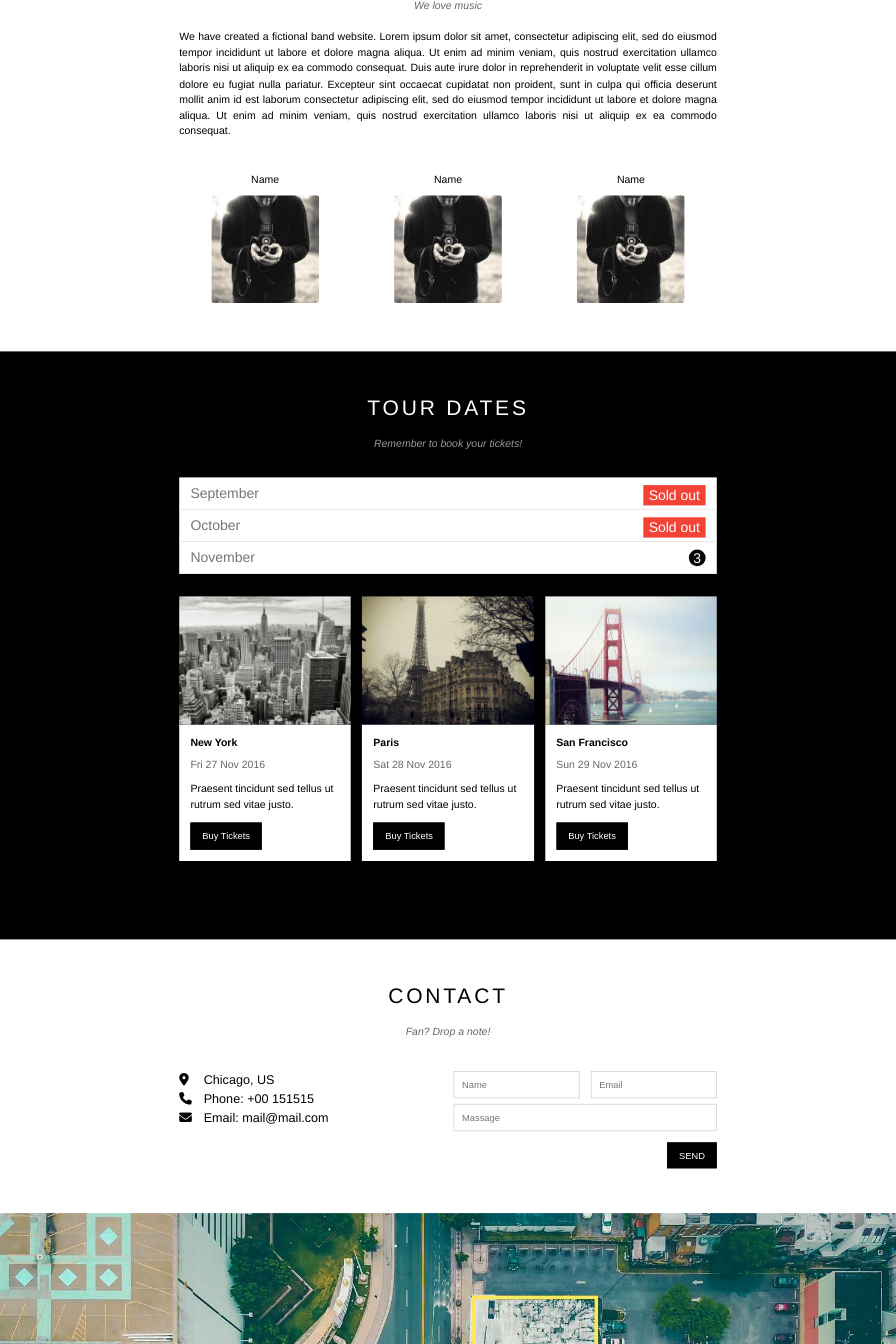
Repository: nugort/nugort.github.io
Page: learing/f8/the-band/index.html
An editor plug-in stored every save of this project. The page is shown before and after the next save, followed by the edit.
The browser window is 1280 px wide. The pictures show the part of the page from y = 810 to 2730 px (the page is 3501 px tall before and 3533 px after), at 70% of full size.
Some web libraries are served in a nearby version.

Above is the page before, as saved 2022-03-07 03:49:22.

### learing/f8/the-band/index.html
<!DOCTYPE html>
<html lang="en">

<head>
    <meta charset="UTF-8">
    <meta http-equiv="X-UA-Compatible" content="IE=edge">
    <meta name="viewport" content="width=device-width, initial-scale=1.0">
    <title>The Band by Nugỏrt</title>
    <script src="https://kit.fontawesome.com/5e3d8c980a.js" crossorigin="anonymous"></script>
    <!-- https://fontawesome.com/kits  nguyendinhtruong10522@gmail.com-->
    <link rel="shortcut icon" href="./assets/img/favicon.jpg" type="image/x-icon">
    <link rel="stylesheet" href="./assets/css/styles.css">
    <link rel="stylesheet" href="./assets/css/responsive.css">
</head>

<body>
    <div id="main">
        <!-- Header -->
        <div id="header">

            <!-- Navigation -->
            <ul id="nav">
                <li>
                    <a href="#">Home</a>
                </li>

                <li>
                    <a href="#band">Band</a>
                </li>

                <li>
                    <a href="#tour">Tour</a>
                </li>

                <li>
                    <a href="#contact">Contact</a>
                </li>

                <li>
                    <a href="#">More <i class="fas fa-caret-down"></i></a>
                    <ul class="subnav">
                        <li>
                            <a href="#">Merchandise</a>
                        </li>

                        <li>
                            <a href="#">Extras</a>
                        </li>

                        <li>
                            <a href="#">Media</a>
                        </li>
                    </ul>
                </li>
            </ul>

            <!-- Search -->
            <div class="nav-search">
                <a href="#"><i class="fas fa-search"></i></a>
            </div>

            <div id="nav-bar-bar" class="nav-bar">
                <a href="#"><i class="fa-solid fa-bars"></i></a>
            </div>
        </div>

        <!-- Slider -->
        <div id="slider">
            <div class="slider-text">
                <h3 class="slider-text-title">
                    Chicago
                </h3>
                <p class="slider-text-dsc">
                    Thank you, Chicago - A night we won't forget.
                </p>
            </div>
        </div>

        <!-- Content -->
        <div id="content">
            <!-- About -->
            <div id="band" class="content-section">
                <h2 class="content-section-title">
                    The Band
                </h2>
                <p class="content-section-slogan">
                    We love music
                </p>
                <p class="about-content-section content">We have created a fictional band website. Lorem ipsum dolor sit
                    amet, consectetur adipiscing elit, sed do eiusmod tempor incididunt ut labore et dolore magna
                    aliqua. Ut enim ad minim veniam, quis nostrud exercitation ullamco laboris nisi ut aliquip ex ea
                    commodo consequat. Duis aute irure dolor in reprehenderit in voluptate velit esse cillum dolore eu
                    fugiat nulla pariatur. Excepteur sint occaecat cupidatat non proident, sunt in culpa qui officia
                    deserunt mollit anim id est laborum consectetur adipiscing elit, sed do eiusmod tempor incididunt ut
                    labore et dolore magna aliqua. Ut enim ad minim veniam, quis nostrud exercitation ullamco laboris
                    nisi ut aliquip ex ea commodo consequat.</p>
                <div class="row band-members">
                    <div class="col three-cols s-one-col text-center">
                        <p class="member-name">Name</p>
                        <img src="./assets/img/band-members/bandmember.jpg" alt="Name" class="member-avt">
                    </div>

                    <div class="col three-cols s-one-col text-center">
                        <p class="member-name">Name</p>
                        <img src="./assets/img/band-members/bandmember.jpg" alt="Name" class="member-avt">
                    </div>

                    <div class="col three-cols s-one-col text-center">
                        <p class="member-name">Name</p>
                        <img src="./assets/img/band-members/bandmember.jpg" alt="Name" class="member-avt">
                    </div>
                </div>
            </div>

            <!-- Tour -->
            <div id="tour" class="tour-section">
                <div class="content-section text-white">
                    <h2 class="content-section-title text-white">
                        TOUR DATES
                    </h2>
                    <p class="content-section-slogan">
                        Remember to book your tickets!
                    </p>

                    <!-- Tickets -->
                    <ul class="tickets-list">
                        <li>September <span class="sold-out">Sold out</span></li>
                        <li>October <span class="sold-out">Sold out</span></li>
                        <div class="clear"></div>
                        <li>November <span class="tickets-left">3</span></li>
                    </ul>

                    <!-- Tour places -->
                    <div class="tour-places row">
                        <div class="col three-cols s-one-col">
                            <img src="./assets/img/tour-places/newyork.jpg" alt="New York" class="place-img">
                            <div class="place-body">
                                <h3 class="place-body-title">New York</h3>
                                <p class="place-time">Fri 27 Nov 2016</p>
                                <p class="place-content">Praesent tincidunt sed tellus ut rutrum sed vitae justo.</p>
                                <button class="place-buy-btn js-buy-tickets">Buy Tickets</button>
                            </div>
                        </div>

                        <div class="col three-cols s-one-col">
                            <img src="./assets/img/tour-places/paris.jpg" alt="Paris" class="place-img">
                            <div class="place-body">
                                <h3 class="place-body-title">Paris</h3>
                                <p class="place-time">Sat 28 Nov 2016</p>
                                <p class="place-content">Praesent tincidunt sed tellus ut rutrum sed vitae justo.</p>
                                <button class="place-buy-btn js-buy-tickets">Buy Tickets</button>
                            </div>
                        </div>

                        <div class="col three-cols s-one-col">
                            <img src="./assets/img/tour-places/sanfran.jpg" alt="San Francisco" class="place-img">
                            <div class="place-body">
                                <h3 class="place-body-title">San Francisco</h3>
                                <p class="place-time">Sun 29 Nov 2016</p>
                                <p class="place-content">Praesent tincidunt sed tellus ut rutrum sed vitae justo.</p>
                                <button class="place-buy-btn js-buy-tickets">Buy Tickets</button>
                            </div>
                        </div>
                    </div>
                </div>
            </div>

            <!-- Contact -->
            <div id="contact" class="content-section">
                <h2 class="content-section-title">
                    CONTACT
                </h2>
                <p class="content-section-slogan">
                    Fan? Drop a note!
                </p>
                <div class="row contact-form">
                    <div class="col two-cols s-one-col contact-form-infor">
                        <p>
                            <i class="fa-solid fa-location-dot"></i>
                            Chicago, US
                        </p>
                        <p>
                            <i class="fa-solid fa-phone"></i>
                            Phone: +00 151515
                        </p>
                        <p>
                            <i class="fa-solid fa-envelope"></i>
                            Email: mail@mail.com
                        </p>
                    </div>

                    <div class="col two-cols s-one-col">
                        <form action="">
                            <div class="row">
                                <div class="col two-cols s-one-col">
                                    <input type="text" name="" placeholder="Name" class="form-control" required>
                                </div>
                                <div class="col two-cols s-one-col">
                                    <input type="email" name="" placeholder="Email" class="form-control" required>
                                </div>
                            </div>

                            <div class="row">
                                <div class="col one-col mt-8">
                                    <input type="text" name="" placeholder="Massage" class="form-control" required>
                                </div>
                            </div>

                            <input type="submit" value="SEND" class="contact-form-submit mt-16">
                        </form>
                    </div>
                </div>
            </div>

            <div class="map-section">
                <img src="./assets/img/maps/map.jpg" alt="map">
            </div>
        </div>

        <div id="footer">
            <div class="social-network">
                <a href=""><i class="fa-brands fa-facebook-square"></i></a>
                <a href=""><i class="fa-brands fa-instagram"></i></a>
                <a href=""><i class="fa-brands fa-snapchat"></i></a>
                <a href=""><i class="fa-brands fa-pinterest-p"></i></a>
                <a href=""><i class="fa-brands fa-twitter"></i></a>
                <a href=""><i class="fa-brands fa-linkedin-in"></i></a>
            </div>

            <p class="copyright mt-16">This website was made with W3schools Spaces. Make your own free website today!
            </p>

            <button class="last-btn mt-16">Start now</button>
        </div>
    </div>

    <div class="modal  js-modal">
        <div class="modal-container js-modal-container">
            <modal class="close js-modal-close">
                <i class="modal-heading-close fa-solid fa-xmark"></i>
            </modal>

            <header class="modal-header">
                <i class="modal-heading-bag fa-solid fa-suitcase"></i>
                Tickets
            </header>

            <div class="modal-body">
                <label for="modal-tickets-quantity" class="modal-label">
                    <i class="fa-solid fa-cart-shopping"></i>
                    Tickets, 15$ per person
                </label>
                <input id="modal-tickets-quantity" type="text" class="modal-input" placeholder="How many ?" required>

                <label for="modal-tickets-email" class="modal-label">
                    <i class="fa-solid fa-user"></i>
                    Send To
                </label>
                <input id="modal-tickets-email" type="email" class="modal-input" placeholder="Enter email" required>

                <button id="buy-tickets">
                    Pay <i class="fa-solid fa-check"></i>
                </button>
            </div>

            <div class="modal-footer">
                <p class="modal-help">
                    Need <a href="#">help?</a>
                </p>
            </div>
        </div>
    </div>

    <script>
        const buyBtns = document.querySelectorAll('.js-buy-tickets')
        const modal = document.querySelector('.modal')
        const modalClose = document.querySelector('.js-modal-close')
        const modalContainer = document.querySelector('.js-modal-container')

        //hàm hiển thị form mua vé
        function showBuyTickets() {
            modal.classList.add('open')
        }

        //hàm ẩn form mua vé
        function hideBuyTickets() {
            modal.classList.remove('open')
        }

        //lặp qua từng thẻ button và nghe hành vi click
        for (const buyBtn of buyBtns) {
            buyBtn.addEventListener('click', showBuyTickets)
        }

        //nghe hành vi click vào button close
        modalClose.addEventListener('click', hideBuyTickets)

        modal.addEventListener('click', hideBuyTickets)

        //ngăn chặn hành vi nổi bọt (khi click vào khoảng không để đóng form và thứ k mong muốn)
        modalContainer.addEventListener('click', function (event) {
            event.stopPropagation()
        })
    </script>

    <script>
        // Đóng mở menu mobile
        var header = document.getElementById('header');
        var navBar = document.getElementById('nav-bar-bar');
        var headerHeight = header.clientHeight;

        navBar.onclick = function () {
            event.preventDefault();
            var isClosed = header.clientHeight === headerHeight;
            if (isClosed) {
                header.style.height = 'auto';
            } else {
                header.style.height = null;
            }
        }
    </script>

    <script>
        // Đóng menu mobile sau khi đã chọn chức năng
        var menuItems = document.querySelectorAll('#nav li a[href*="#"]');
        for (var i = 0; i < menuItems.length; i++) {
            var menuItem = menuItems[i];

            menuItem.onclick = function () {
                var isParentMenu = this.nextElementSibling && this.nextElementSibling.classList.contains('subnav');
                if (isParentMenu) {
                    event.preventDefault();
                } else {
                    header.style.height = null;
                }

            }
        }
    </script>
</body>

</html>

### learing/f8/the-band/assets/css/responsive.css
/*
    PC: >= 1024px
    Tablet: >= 740px & < 1024px
    Mobile: < 740px
*/

/* PC */
/* @media (min-width: 1024) {

} */

/* Tablet */
/* @media (max-width: 1023px) and (min-width: 741px) {

} */

/* Mobile */
@media (max-width: 740px) {
    #header {
        overflow: hidden;
    }

    #header .nav-search {
        display: none;
    }

    #header .nav-bar {
        display: inline-block;
        position: absolute;
        top: 0;
        right: 0;
    }

    #nav {
        display: block
    }

    #nav > li {
        display: block;
    }

    #nav > li:first-child {
        display: inline-block;
    }

    #nav > li  a{
        display: block;
        padding: 1px 24px;
    }

    #nav .subnav {
        position: initial;
        background:#333;
    }

    #nav .subnav a {
        color: #fff;
        padding: 5px 41px;
    }

    #content .s-one-col  {
        /* margin-top: 30px; */
        width: 100%;
    }

    #content .member-avt {
        width: 60%;
    }
}

Loaded but not shown: learing/f8/the-band/assets/css/styles.css (615 lines, source omitted)

After the next save:
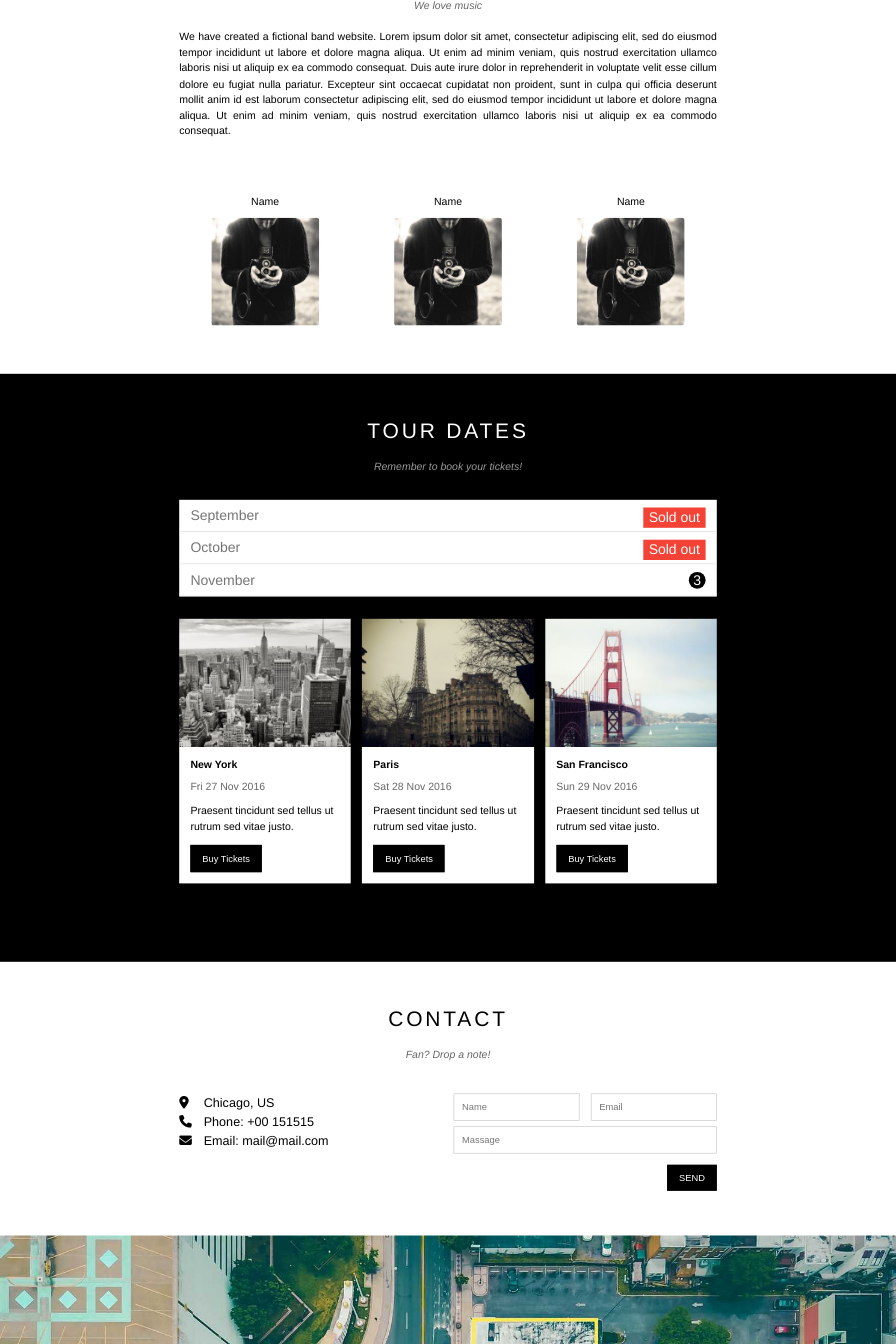
Saved 2 min 27 s later.
--- a/learing/f8/the-band/index.html
+++ b/learing/f8/the-band/index.html
@@ -95,17 +95,17 @@
                     labore et dolore magna aliqua. Ut enim ad minim veniam, quis nostrud exercitation ullamco laboris
                     nisi ut aliquip ex ea commodo consequat.</p>
                 <div class="row band-members">
-                    <div class="col three-cols s-one-col text-center">
+                    <div class="col three-cols s-one-col text-center mt-32">
                         <p class="member-name">Name</p>
                         <img src="./assets/img/band-members/bandmember.jpg" alt="Name" class="member-avt">
                     </div>
 
-                    <div class="col three-cols s-one-col text-center">
+                    <div class="col three-cols s-one-col text-center mt-32">
                         <p class="member-name">Name</p>
                         <img src="./assets/img/band-members/bandmember.jpg" alt="Name" class="member-avt">
                     </div>
 
-                    <div class="col three-cols s-one-col text-center">
+                    <div class="col three-cols s-one-col text-center mt-32">
                         <p class="member-name">Name</p>
                         <img src="./assets/img/band-members/bandmember.jpg" alt="Name" class="member-avt">
                     </div>
